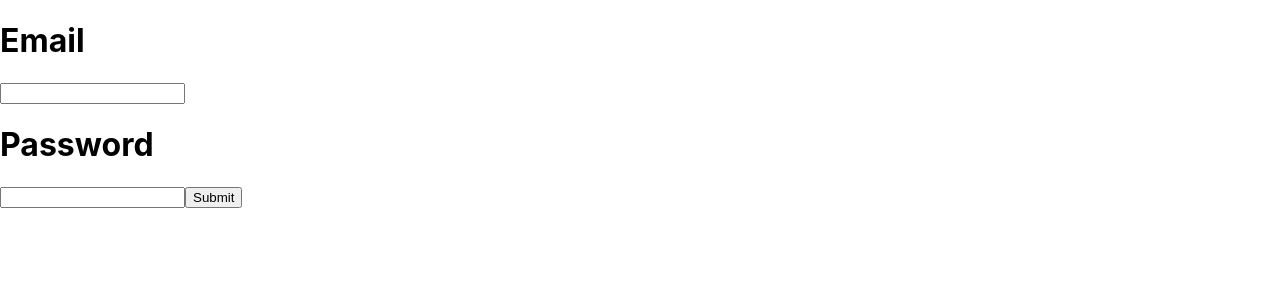
Repository: NPhanA/React2022
Page: / (app in Day 06-React real/demo/)
These files come from the project's save history. The page is drawn as it stood at one moment and after the next save; the edit follows.
The browser window is 1280 px wide. The pictures show the whole page.
The project was rebuilt for these pictures with package versions that can differ from the ones it lists, and the page was loaded fresh each time. Also part of the build but not shown: Day 06-React real/demo/src/App.css, Day 06-React real/demo/src/App.js, Day 06-React real/demo/src/Components/HelloFunctionComp.js.

Above is the page before, as saved 2022-07-26 15:54:59.

After the next save:
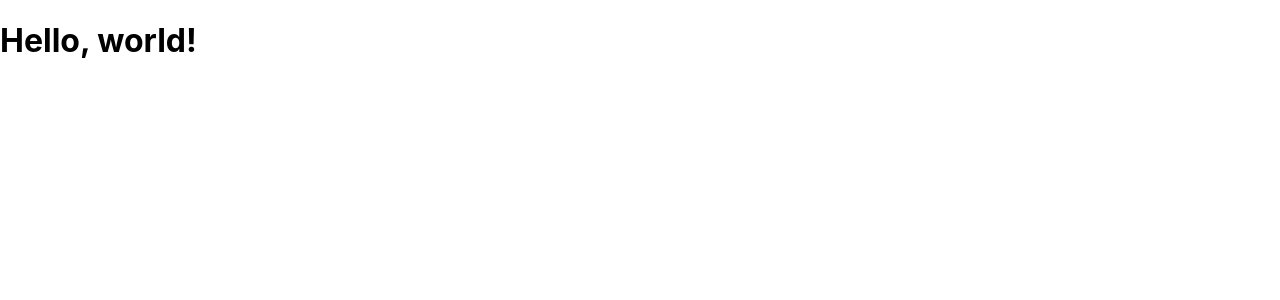
Saved 29 s later.
--- a/Day 06-React real/demo/src/index.js
+++ b/Day 06-React real/demo/src/index.js
@@ -4,6 +4,7 @@ import App from './App';
 import {createRoot} from 'react-dom/client';
 import HelloFunctionComp from './Components/HelloFunctionComp';
 import FormFc from './Components/FormFC';
+import HelloCC from './Components/HelloCC';
 const container = document.getElementById('root');
 const root = createRoot(container);
-root.render(<FormFc/>);
+root.render(<HelloCC/>);
